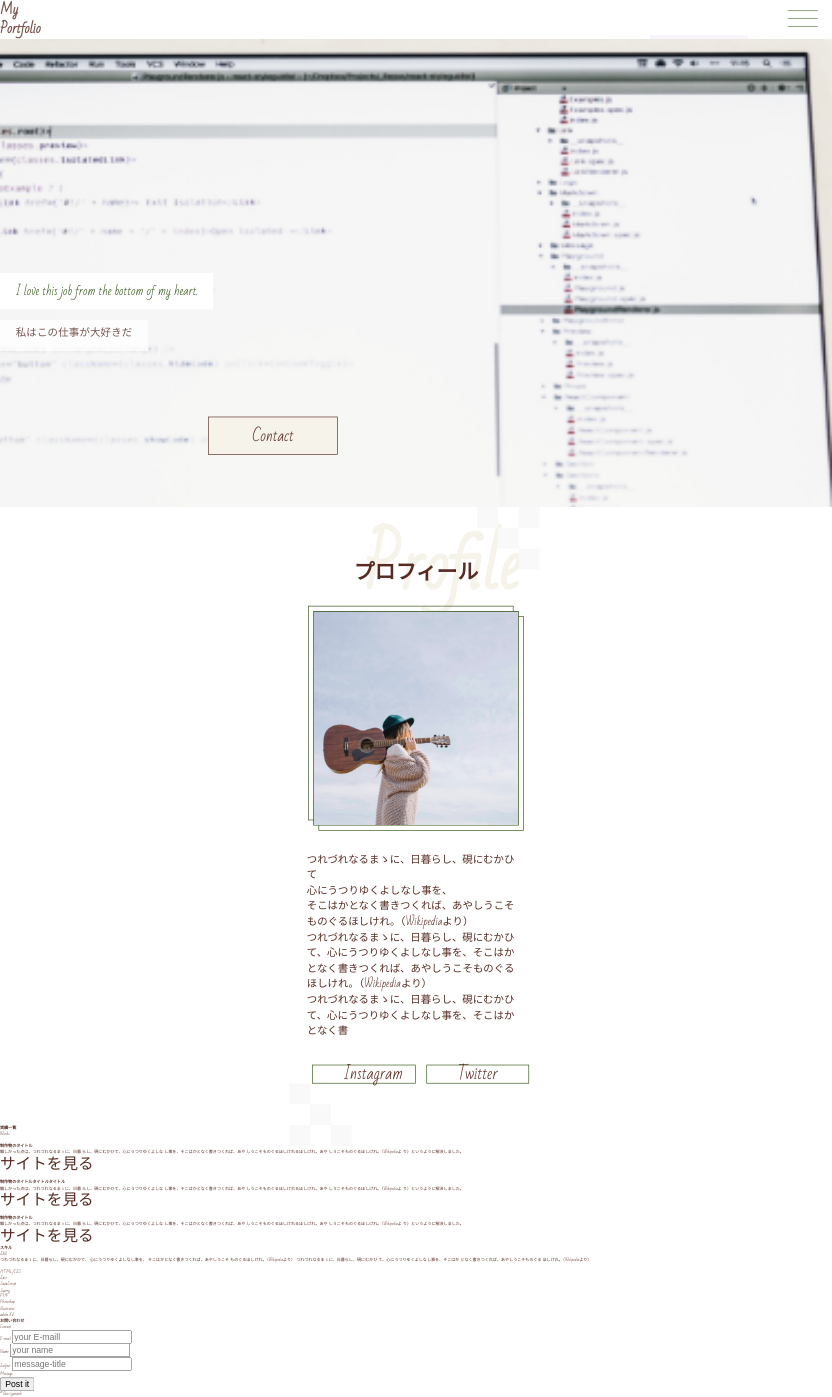
Repository: ppmp556/igarashi.kakuu
Page: index.html
The author's editor kept a copy of each file at every save. The page is drawn from the files as they stood at one save, then again after the next save.
The browser window is 1280 px wide. The pictures show the whole page, at 65% of full size.
Some web libraries are served in a nearby version. The style sheet was rebuilt from its Sass, Less or Tailwind sources for each picture, by a compiler version that may differ from the author's.

Above is the page before, as saved 2020-10-25 17:51:48.
Console error: TypeError: Cannot read properties of null (reading 'addEventListener')

### index.html
<!DOCTYPE html>
<html lang="ja">
    <head>
        <meta charset="UTF-8">
        <meta name="viewport" content="width=device-width, initial-scale=1.0, maximum-scale=1.0, minimum-scale=1.0">
        <link rel="stylesheet" href="faundation.css" type="text/css">
        <link rel="stylesheet" href="./css/style.css" type="text/css">
        <link href="https://use.fontawesome.com/releases/v5.6.1/css/all.css" rel="stylesheet">
        <link href="https://fonts.googleapis.com/css?family=Bad+Script" rel="stylesheet">
        <link href="https://fonts.googleapis.com/css?family=Sawarabi+Gothic" rel="stylesheet">
        <link rel="img" href="image">
        <title>架空LP</title>

    </head>
    <body>

        <div class="container">
            <header class="header">
                <h1 class="header_ttl">
                    <a href="index.html" class="header_link">My Portfolio</a><!-- /.header_link -->
                </h1><!-- /.header_ttl -->
                <nav class="nav">
                    <div class="nav_wrapper" id="nav_lists">
                        <!-- ハンバーガーメニュー部分 -->
                        <div class="toggle_btn" id="nav_toggler">
                            <span class="toggle_line __tg1"></span>
                            <span class="toggle_line __tg2"></span>
                            <span class="toggle_line __tg3"></span>
                        </div>
                        <!-- ハンバーガーメニューここまで -->
                    </div>
                    <ul class="nav_list flex">
                        <li class="nav_item">
                            <a href="#" class="nav_link">Profile<span class="nav_sp">プロフィール</a><!-- /.nav_link -->
                        </li><!-- /.nav_item -->
                        <li class="nav_item">
                            <a href="#" class="nav_link">Works<span class="nav_sp">実績一覧</a><!-- /.nav_link -->
                        </li><!-- /.nav_item -->
                        <li class="nav_item">
                            <a href="#" class="nav_link">Skill<span class="nav_sp">スキル</a><!-- /.nav_link -->
                        </li><!-- /.nav_item -->
                        <li class="nav_item">
                            <a href="#" class="nav_link">Contact<span class="nav_sp">お問い合わせ</a><!-- /.nav_link -->
                        </li><!-- /.nav_item -->
                    </ul><!-- /.nav_list -->
                </nav><!-- /.nav -->
            </header><!-- /.header -->
        </div><!-- /.container -->
        <div class="kv">
            <div class="kv_txtbox">
                <p class="kv_txt">I love this job from the bottom of my heart.</p><!-- /.kv_txt -->
                <p class="kv_txt __subtxt">私はこの仕事が大好きだ</p><!-- /.kv_txt -->
            </div><!-- /.kv_txtbox -->
            <div class="contact_box">
                <a href="#" class="contact_link">Contact</a><!-- /.contact_link -->
            </div><!-- /.contact_box -->
        </div><!-- /.kv -->
        <main>
            <div class="inner">

                <section class="prof" id="prof">
                    <div class="prof_inner">
                        <div class="section_ttlbox">
                            <h2 class="prof_ttl">プロフィール</h2><!-- /.prof_ttl -->
                            <!-- <span class="prof_sub">Profile</span> -->
                        </div><!-- /.section_ttlbox -->
                        <div class="prof_imgbox">
                            <img src="images/profile/profile.png" alt="#" class="prof_img">
                        </div><!-- /.prof_imgbox -->
                        <p class="prof_txt">
                            つれづれなるまゝに、日暮らし、硯にむかひ
                            て<br>
                            心にうつりゆくよしなし事を、<br>
                            そこはかとなく書きつくれば、あやしうこそ
                            ものぐるほしけれ。（Wikipediaより）<br>
                            つれづれなるまゝに、日暮らし、硯にむかひ
                            て、心にうつりゆくよしなし事を、そこはか
                            となく書きつくれば、あやしうこそものぐる
                            ほしけれ。（Wikipediaより）<br>
                            つれづれなるまゝに、日暮らし、硯にむかひ
                            て、心にうつりゆくよしなし事を、そこはか
                            となく書
                        </p><!-- /.prof_txt -->
                        <div class="section_btnbox flex">
                            <div class="site_btn">
                                <a href="#" class="site_link">Instagram</a>
                            </div><!-- /.site_btn -->
                            <div class="site_btn">
                                <a href="#" class="site_link">Twitter</a>
                            </div><!-- /.site_btn -->
                        </div><!-- /.section_btnbox -->
                    </div><!-- /.prof_inner -->
                </section><!-- /#prof.prof -->


                <section class="work" id="work">
                    <div class="section_ttlbox">
                        <h2 class="work_ttl">実績一覧</h2><!-- /.work_ttl -->
                        <span class="work_sub">Works</span>
                    </div><!-- /.section_ttlbox -->

                    <div class="work_imgbox">
                        <ul class="work_list">
                            <li class="work_item">
                                <img src="" alt="" class="work_img">
                                <h3 class="work_ttl">制作物のタイトル</h3><!-- /.work_txt -->
                                <p class="work_txt">
                                    難しかった点は、つれづれなるまゝに、日暮
                                    らし、硯にむかひて、心にうつりゆくよしな
                                    し事を、そこはかとなく書きつくれば、あや
                                    しうこそものぐるほしけれるほしけれ。あや
                                    しうこそものぐるほしけれ。（Wikipediaよ
                                    り）というように解決しました。
                                </p><!-- /.work_txt -->
                                <div class="site_btn">
                                    <a href="#" class="site_link">サイトを見る</a>
                                </div><!-- /.site_btn -->
                            </li><!-- /.work_item -->
                            <li class="work_item">
                                <img src="" alt="" class="work_img">
                                <h3 class="work_ttl">制作物のタイトルタイトルタイトル</h3><!-- /.work_txt -->
                                <p class="work_txt">
                                    難しかった点は、つれづれなるまゝに、日暮
                                    らし、硯にむかひて、心にうつりゆくよしな
                                    し事を、そこはかとなく書きつくれば、あや
                                    しうこそものぐるほしけれるほしけれ。あや
                                    しうこそものぐるほしけれ。（Wikipediaよ
                                    り）というように解決しました。
                                </p><!-- /.work_txt -->
                                <div class="site_btn">
                                    <a href="#" class="site_link">サイトを見る</a>
                                </div><!-- /.site_btn -->
                            </li><!-- /.work_item -->
                            <li class="work_item">
                                <img src="" alt="" class="work_img">
                                <h3 class="work_ttl">制作物のタイトル</h3><!-- /.work_txt -->
                                <p class="work_txt">
                                    難しかった点は、つれづれなるまゝに、日暮
                                    らし、硯にむかひて、心にうつりゆくよしな
                                    し事を、そこはかとなく書きつくれば、あや
                                    しうこそものぐるほしけれるほしけれ。あや
                                    しうこそものぐるほしけれ。（Wikipediaよ
                                    り）というように解決しました。
                                </p><!-- /.work_txt -->
                                <div class="site_btn">
                                    <a href="#" class="site_link">サイトを見る</a>
                                </div><!-- /.site_btn -->
                            </li><!-- /.work_item -->
                        </ul><!-- /.work_list -->
                    </div><!-- /.work_imgbox -->
                </section><!-- /#work.work -->

                <section class="skii" id="skill">
                    <div class="section_ttlbox">
                        <h2 class="skill_ttl">スキル</h2><!-- /.skill_ttl -->
                        <span class="skill_sub">Skill</span>
                    </div><!-- /.section_ttlbox -->
                    <div class="skill_txtbox">
                        <p class="skill_txt">
                            つれづれなるまゝに、日暮らし、硯にむかひて、
                            心にうつりゆくよしなし事を、
                            そこはかとなく書きつくれば、あやしうこそ
                            ものぐるほしけれ。（Wikipediaより）
                            つれづれなるまゝに、日暮らし、硯にむかひ
                            て、心にうつりゆくよしなし事を、そこはか
                            となく書きつくれば、あやしうこそものぐる
                            ほしけれ。（Wikipediaより）
                        </p><!-- /.skill_txt -->
                    </div><!-- /.skill_txtbox -->
                    <div class="skill_listbox">
                        <div class="skill_imgbox">
                            <img src="" alt="" class="skill_img">
                        </div><!-- /.skill_imgbox -->
                        <ul class="skill_list">
                            <li class="skill_item">HTML/CSS</li><!-- /.skill_item -->
                            <li class="skill_item">Sass</li><!-- /.skill_item -->
                            <li class="skill_item">JavaScript</li><!-- /.skill_item -->
                            <li class="skill_item">Jquery</li><!-- /.skill_item -->
                            <li class="skill_item">PHP</li><!-- /.skill_item -->
                            <li class="skill_item">Photoshop</li><!-- /.skill_item -->
                            <li class="skill_item">illustrator</li><!-- /.skill_item -->
                            <li class="skill_item">adobe Xd</li><!-- /.skill_item -->
                        </ul><!-- /.skill_list -->
                    </div><!-- /.skill_listbox -->
                </section><!-- /#skill.skii -->

                <section class="contact" id="contact">
                    <div class="section_ttlbox">
                        <h2 class="contact_ttl">お問い合わせ</h2><!-- /.contact_ttl -->
                        <span class="contact_sub">Contact</span>
                    </div><!-- /.section_ttlbox -->
                    <form action="#" class="ly-form">
                        <div class="form ord1">
                            <div class="form2">

                                <label for="email" class="formTitle u-formTxt">E-mail</label>
                                <input type="email" class="formBox" name="your-E-mail" placeholder="your E-maill">
                            </div>
                        </div>
                        <div class="form ord2">
                            <div class="form2">
                                    <label for="name" class="formTitle u-formTxt">Name</label>
                                    <input type="text" class="formBox" name="your name" placeholder="your name">

                            </div>
                        </div>
                        <div class="form ord3">
                            <div class="form2">
                                <label for="subject" class="formTitle u-formTxt">Subject</label>
                                <input type="subject" class="formBox" name="message-title" placeholder="message-title">
                            </div>
                        </div>
                        <div class="form ord4">
                            <div class="form2">
                                <label for="message" class="formTitle u-formTxt">Message</label>
                                <textare name="contents" class="area" name="contents" placeholder="contents" rows="4" cols="40"></textare>
                            </div>
                        </div>
                        <div class="inputWrap btnhv u-send">
                            <input type="submit" value="Post it" class="sendBtn">
                        </div>
                    </form>
                </section><!-- /#contact.contact -->
            </div><!-- /.inner -->

        </main>


        <footer class="footer">
            <div class="footer_sharbox">
                <ul class="footer_sharalist">
                    <li class="footer_item"></li><!-- /.footer_item -->
                    <li class="footer_item"></li><!-- /.footer_item -->
                    <li class="footer_item"></li><!-- /.footer_item -->
                </ul><!-- /.footer_sharalist -->
            </div><!-- /.footer_sharbox -->
            <small class="footer_txt">&copy; Ruri igarashi</small>
        </footer><!-- /.footer -->


        <script type="text/javascript" src="menu.js"></script>
        <script src="https://code.jquery.com/jquery-3.4.1.js" integrity="sha256-WpOohJOqMqqyKL9FccASB9O0KwACQJpFTUBLTYOVvVU=" crossorigin="anonymous"></script>

    </body>
</html>

### faundation.css

html,
body,
div,
span,
object,
iframe,
h1,
h2,
h3,
h4,
h5,
h6,
p,
blockquote,
pre,
abbr,
address,
cite,
code,
del,
dfn,
em,
img,
ins,
kbd,
q,
samp,
small,
strong,
sub,
sup,
var,
b,
i,
dl,
dt,
dd,
ol,
ul,
li,
fieldset,
form,
label,
legend,
table,
caption,
tbody,
tfoot,
thead,
tr,
th,
td,
article,
aside,
canvas,
details,
figcaption,
figure,
footer,
header,
hgroup,
menu,
nav,
section,
summary,
time,
mark,
audio,
video {
  margin: 0;
  padding: 0;
  border: 0;
  outline: 0;
  font-size: 100%;
  vertical-align: baseline;
  background: transparent;
}

body {
  line-height: 1.5;
}

article,
aside,
details,
figcaption,
figure,
footer,
header,
hgroup,
menu,
nav,
section {
  display: block;
}

ul,
ol {
  list-style: none;
}

table {
  border-collapse: collapse;
  border-spacing: 0;
}

a {
  color: inherit;
  text-decoration: none;
}

img {
  width: 100%;
  max-width: 100%;
  height: auto;
  vertical-align: bottom;
}

### menu.js
const body = document.body;

const toggler = document.getElementById('navToggler');
//#navToggleを取得し、togglerに格納


const navList = document.getElementById('js-nav');
const navList2 = document.getElementById('js-nav2');
//#navListsを取得し、navListに格納


toggler.addEventListener('click', function() {
    //togglerクリックされたら、
    body.classList.toggle('clicked');

});
navList.addEventListener('click', function(){


    body.classList.remove('clicked');
});
navList2.addEventListener('click', function(){


    body.classList.remove('clicked');
});

### scss/style.scss
@charset "UTF-8";

$cColor: #572B23;
$cBgColor: #f6f3eb;
$cGreen: #315611;
$cwhite: #ffffff;
$cGray: #f9f9f9;


html {
    font-size: 62.5%;
    overflow: auto;


}

body {
    color: $cColor;
    background-color: $cwhite;
    font-family: "Bad Script","Sawarabi Gothic";
    font-size: 62.5%;
    margin: 0 auto;
    overflow: hidden;
    width: 100%;
    height: auto;

}

*, *::before, *::after {
    box-sizing: border-box;
}

a:link, a:visited, a:hover, a:active {
    /*テキストデフォルト下線外し*/
    text-decoration: none;
    /* color: #ffffff; */
}




.container {
    overflow: hidden;
}


.flex {
    display: flex;
    justify-content: flex-start;
}

.inner {
    min-width: 336px;
    width: 100%;
    margin: 0 auto;
}


.site_btn {
    display: flex;
    width: 200px;
    font-size: 2.4rem;
    color: #572B23;
    line-height: 27px;
}

.site_link {
    width: 100%;
    height: 100%;
    display: block;
    margin: auto;
}

/****************

header

*************/

.header {
    display: flex;
    z-index: 5;
    width: 100%;
    height: 100%;
    background-color: $cwhite;
    opacity: .8;

    &_ttl {
        font-size: 2.0rem;
    font-family: "Bad Script";
    opacity: 1;
    color: $cColor;
    }
}

// nav

.nav {
    width: 100%;
    line-height: 20px;
    display: flex;
    justify-content: center;
    align-items: center;


    /* ハンバーガーメニュー */
    &_list {
        position: absolute;
        display: block;
        top: 54px;
        /* left: 377px; */
        left: 1000px;
        overflow: hidden;
        width: 15rem;
        max-height: auto;
        cursor: pointer;

        overflow-y: auto;/*縦方向の表示*/

        display: flex;
        flex-direction: column;
        transition: opacity .8s ease, visibility .6s ease;
        color: #572B23;

        background-color: #F6F3FB;
        visibility: .6s ease;
        opacity: 1;

        &.clicked {
            left: 114px;
            visibility: visible;
            opacity: 0.9;
            width: 262px;
            top: 0;
            /* height: 667px; */
            height: 100vh;
            background-color: #f6f3f8;
            position: absolute;
            display: flex;
            align-items: center;
            justify-content: center;

        }
    }

    &_item {
        padding: 2px 0;
        font-size: 2rem;
        color: #572B23;
        position: relative;

        transition: transform 6s ease, opacity .2s ease;

        &:nth-child(1) {
        transform: translateX(200px);

        transition: transform .6s ease, opacity .2s ease;

        }

        &:nth-child(2) {
        transition-delay: .15s;

        }
        &:nth-child(3) {
        transition-delay: .3s;

        }

        &:nth-child(4) {
        transition-delay: .45s;

        }

        &:nth-child(5) {
        transition-delay: .6s;

        }

        &::after {
        position: absolute;
        bottom: -4px;
        left: 0;
        content: '';
        width: 100%;
        height: 2px;
        background: #572B23;
        transform: scale(0, 1);
        transform-origin: left top;
        transition: transform .3s;
        }

        &:hover::after {
        transform: scale(1, 1);
        }

    }







    &_link {
        width: 100%;
        display: block;
        color: #572B23;
    font-size: 2.4rem;
    display: flex;
    align-items: center;
    flex-direction: column;
    justify-content: center;
    }


}




.clicked .navList .navItem {
    transform: translateX(0px);
}







.toggle_btn {

    z-index: 2000;
    position: absolute;
    top: 0;
    width: 45.25px;
    /* height: 24px; */
    height: 55px;
    right: 16.19px;
    cursor: pointer;
    transition: all .30s ease-in-out;/*0.3秒かけて変化*/
}

.toggle_line {
    display: block;
    position: absolute;
    z-index: 2100;
    right: 6.3px;
    top: 14px;
    width: 100%;
    height: 1px;
    background-color: #315611;
    transition: all 0.3s;
}


.__tg1 {
    top: 16.19px;

    &.clicked {
        transform: translateY(12px) rotate(-315deg);
    }
}
.__tg2 {
    top: 28.19px;
    &.clicked {
        opacity: 0;
    }
}
.__tg3 {
    top: 40.19px;
    &.clicked {
        transform: translateY(-11px) rotate(315deg);
    }
}


/****************

kv

*************/

.kv {
    background: url(/images/top-image/top-image.png) center / cover no-repeat;
    background-position-y: 50%;
    height: 100vh;
    width: 100%;
    // display: flex;

    position: relative;

    &_txtbox {
        position: absolute;
        top: 50%;

    }

    &_txt {
        margin: auto;
        text-align: center;
        font-size: 1.8rem;
        color: $cGreen;
        padding: 10px 24px;
        background-color: $cwhite;
        opacity: 1;
        margin-bottom: 16px;
        line-height: 2;
    }

}


.__subtxt {
    font-size: 1.6rem;
    padding: 13px 24px;
    color: $cColor;
    opacity: 0.8;
    letter-spacing: 0.32px;
    width: 228px;
    height: 48px;
    line-height: .84;
    display: inline-block;
    margin-right: auto;
}


.contact_box {
    display: block;
    position: absolute;
    bottom: 80px;
    left: 25%;
    margin: 0 auto;
    width: 20rem;
    line-height: 45px;
    // margin-top: auto;

    opacity: 1;
    border: 1px solid $cColor;
    text-align: center;
    background-color: $cBgColor;
    font-size: 2.3rem;
    font-family: "bad script";
    color: $cColor;

}


.contact_link {
    padding: 6px 66px;
    display: block;
    width: 100%;
    // height: 100%;
    text-align: center;

}

/****************

profile

*************/

.prof {
    padding: 0 0 64px;

    .section_ttlbox {
        padding: 88px 0 45px;
        display: block;
        text-align: center;
        margin: 0 auto;
    }

    &_inner {
        position: relative;
        width: 336px;
        margin: 0 auto;

        &::after {
            position: absolute;
            content: '';
            background: url(/images/スマホデザイン/グループ・475.png) no-repeat;
            width: 100%;
            height: 16%;
            display: block;
            left: -8%;
        }
        &::before {
            position: absolute;
            content: '';
            background: url(/images/スマホデザイン/グループ・476.png) no-repeat;
            width: 100%;
            height: 16%;
            display: block;
            left: 78%;
        }
    }

    &_ttl {
        width: 100%;
        position: relative;
        display: block;
        font-size: 3.2rem;
        color: $cColor;
        line-height: 0.84;
        margin: 0 auto;

        &::before {
            display: block;
            content: 'Profile';
            position: absolute;
            bottom: -20px;
            right: 8px;
            z-index: -1;
            color: $cBgColor;
            opacity: 1;
            font-size: 100px;
        }


    }

    &_imgbox {
        position: relative;
        width: 316px;
        height: 330px;
        z-index: 90;
        left: 50%;
        transform: translateX(-50%);

        &::after {
            content: '';
            position: absolute;
            border: 1px solid $cGreen;
            width: 316px;
            height: 330px;
            z-index: -99;
            opacity: 1;
            left: 8px;
            top: 8px;

        }

        &::before{
            content: '';
            position: absolute;
            border: 1px solid $cGreen;
            width: 316px;
            height: 330px;
            z-index: -99;
            opacity: 1;
            left: -8px;
            top: -8px;

        }
    }

    &_img {
        width: 100%;
        height: 100%;
        display: block;
    }

    &_txt {
        margin: 40px 0 40px;
        font-size: 1.6rem;
    }

    .section_btnbox {
        // display: block;
        margin: 0 auto;
    }

    .site_btn {
        width: 160px;
        padding: 0 47px;
        margin: 0 8px;
        border: 1px solid $cGreen;
    }



}


.ly-profWrapper {
  position: absolute;
  top: 668px;
  width: 375px;
  height: 1054px;
}
.ly-profBox {
  display: flex;
  justify-content: center;
  align-items: center;
  height: 942px;
}
.profImages {


    top: 165px;
    left: 28px;
    z-index: -90;
}


.profContent {
    position: absolute;
    text-align: left;
    top: 535px;
    left: 20px;

    width: 336px;
    height: auto;
}


.profBtn {
    position: relative;
    display: flex;
    justify-content: space-around;
    top: -4px;

}

.contactBtn {
    justify-content: space-between;
    border: 1px solid #315611;
    background: #ffffff;
    width: 16rem;
    height: 4.8rem;
    position: relative;
}




.u-prof {
    font-size: 1.6rem;
    letter-spacing: 0.32px;
    line-height: 2;
    font-family: "Sawarabi Gothic";
}
.u-Btn {
    font-family:"Bad Script";
    font-size: 2.4rem;

}

After the next save:
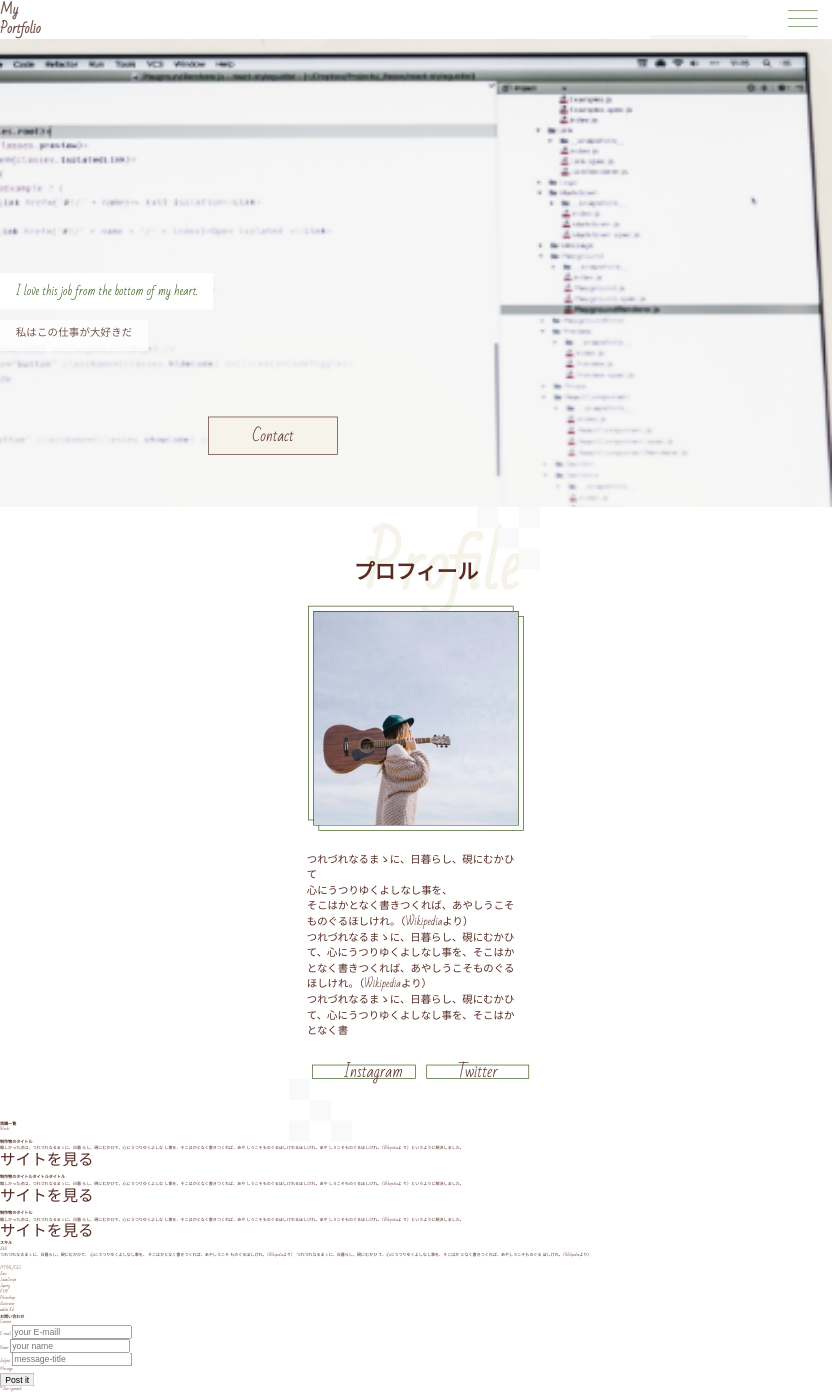
Saved 11 s later.
--- a/scss/style.scss
+++ b/scss/style.scss
@@ -477,6 +477,7 @@ profile
         padding: 0 47px;
         margin: 0 8px;
         border: 1px solid $cGreen;
+        line-height: 20px;
     }
 
 
